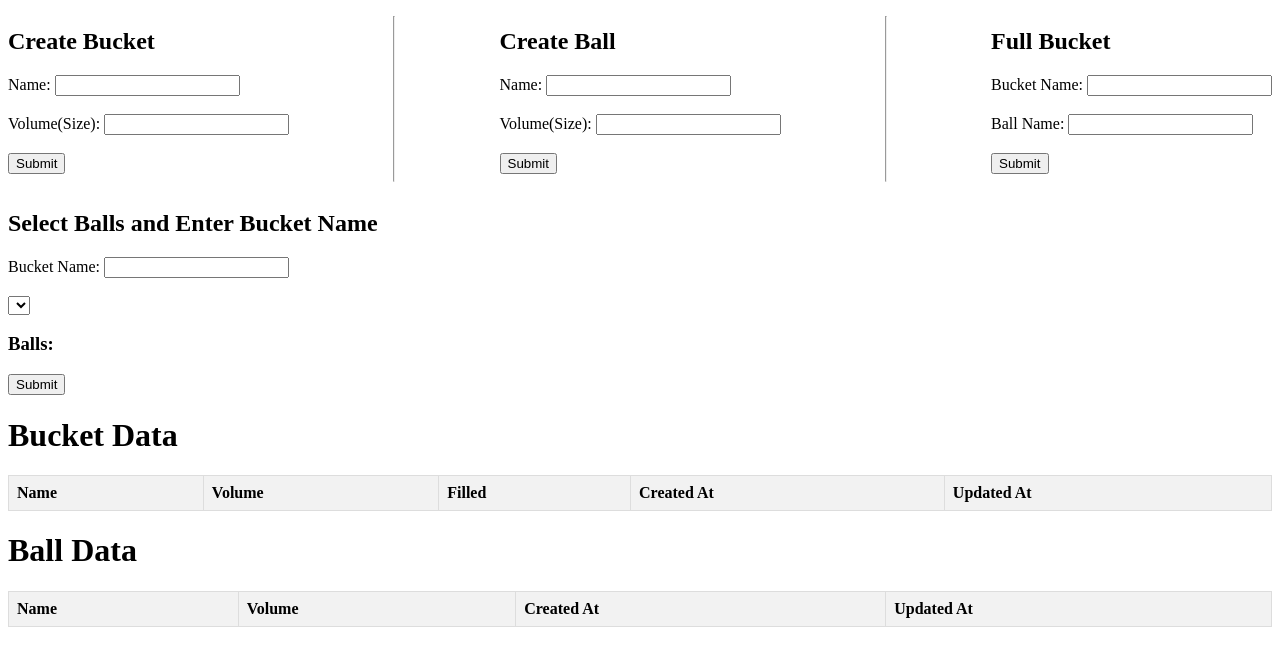
Repository: RajatPalankar8/nodejs_bucket_ball_task_new
Page: http://localhost/
These files come from the project's save history. The page is drawn as it stood at one moment and after the next save; the edit follows.
The browser window is 1280 px wide. The pictures show the whole page.
The page is served by the project's Node server (index.js). Queries for data that is not in the repository find no rows.

Above is the page before, as saved 2023-07-28 15:32:51.

After the next save:
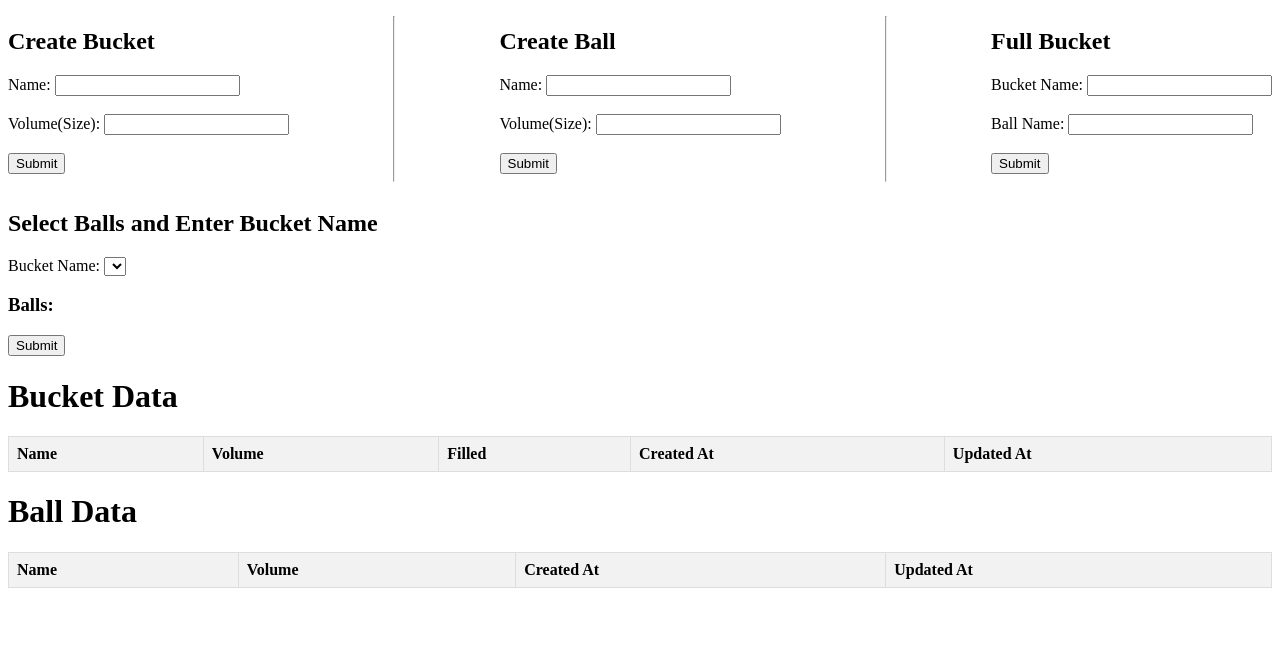
Saved 12 s later.
--- a/views/index.ejs
+++ b/views/index.ejs
@@ -60,7 +60,7 @@
   <h2>Select Balls and Enter Bucket Name</h2>
   <form id="ballForm">
     <label for="bucketName">Bucket Name:</label>
-    <input type="text" id="bucketName" name="bucketName"><br><br>
+    <!-- <input type="text" id="bucketName" name="bucketName"><br><br> -->
     <select id="bucketNameSelect" name="bucketNameSelect">
       <!-- The "Bucket Name" dropdown options will be dynamically added here -->
     </select>
